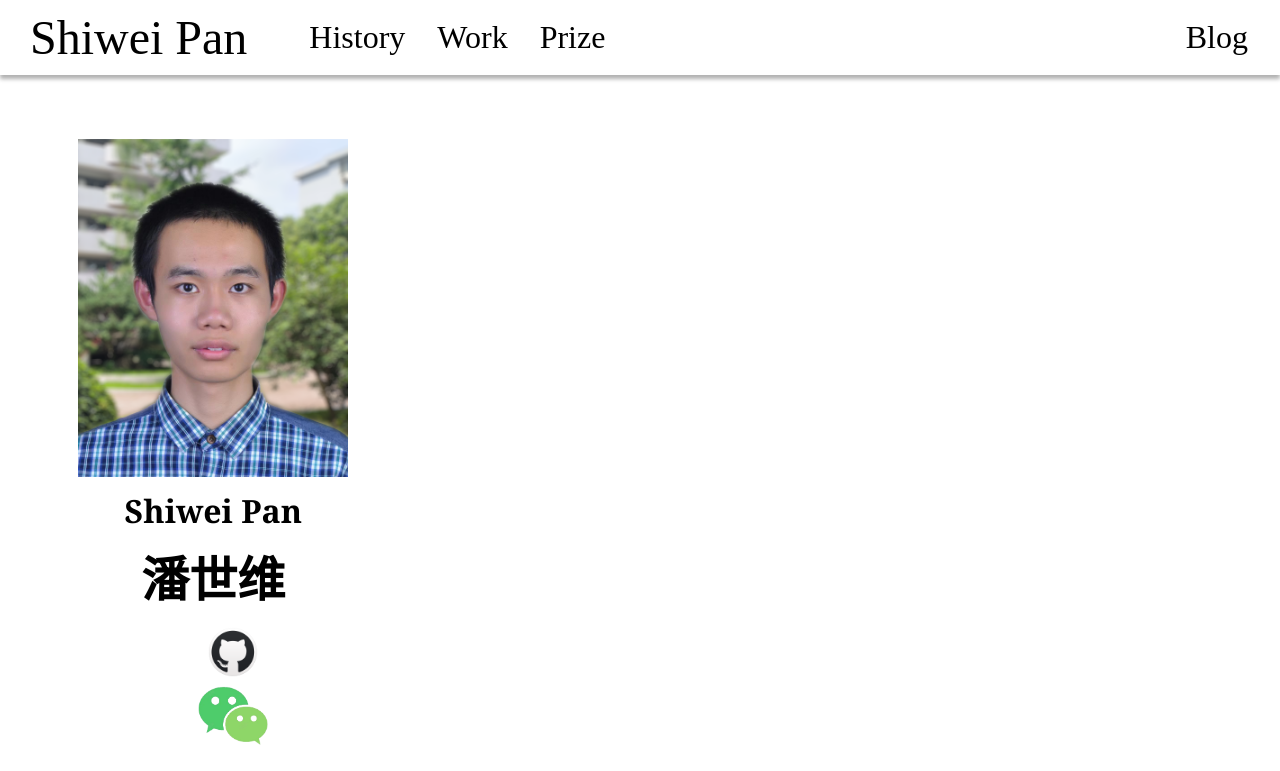
Repository: erikpsw/web
Page: new/psw.html
An editor plug-in stored every save of this project. The page is shown before and after the next save, followed by the edit.
The browser window is 1280 px wide. The pictures show the whole page.

Above is the page before, as saved 2022-06-16 22:46:23.

### new/psw.html
<!DOCTYPE html>
<html>
<head>
<meta charset="utf-8">
<title>Shiwei Pan</title>
<link rel="stylesheet" type="text/css" href="styles.css">
</head>
<body class="body">
<nav id="start_box">
    <a class="nav" id="title" href="">Shiwei Pan</a>
    <a class="nav" href="" >History</a>
    <a class="nav" href="">Work</a>
    <a class="nav" href="">Prize</a>
    <a class="nav" id="myblog" target="_blank" href="https://erikpsw.github.io/">Blog</a>
</nav>
<section>
    <div id="profile">
        <img src="\pic\mine.png" id="mine">
        <h2 id="intro">Shiwei Pan</h2>
        <h2 id="name">潘世维</h2>
    <ul class="network_icon">
        <li>
            <img src="\pic\github.png" id="github">
        </li>
        <li>
        <img src="\pic\wechat.png" id="wechat">
        </li>
    <ul>

    </div>
</section>
</body>
</html>

### new/styles.css
#start_box
{
    background-color: whit;
    display:flex;
    box-shadow: 0 0.25rem 0.25rem 0 rgb(0 0 0 / 31%);
}

#title{
    text-decoration: none;
    font-family:"Times New Roman",Georgia,Serif;
    font-style:inherit;
    padding:10px 30px 10px;
    color:black;
    font-size: 3em;
}

.nav{
    text-decoration: none;
    font-family:"Times New Roman",Georgia,Serif;
    padding-left:1em;
    color:black;
    display: inline-flex;
    align-items: center;
    font-size: 2em;
}

.body{
    margin: 0%;
}

#myblog{
    margin-left: auto;
    padding-right: 1em;
}

#mine{
    width: 270px;
    height: 337.5px;
    margin-top: 4em;
}

#profile{
    text-align: center;
    max-width: 33.333%;
}

#intro{
    font-family: Georgia,Serif;
    font-size: 2em;
    margin: 2%;
}

#name{
    font-family: STZhongsong;
    font-size: 3em;
    margin: 2%;
}

.network_icon{
    list-style: none;
}

#github{
    height: 50px;
}
#wechat{
    height: 70px;
}

After the next save:
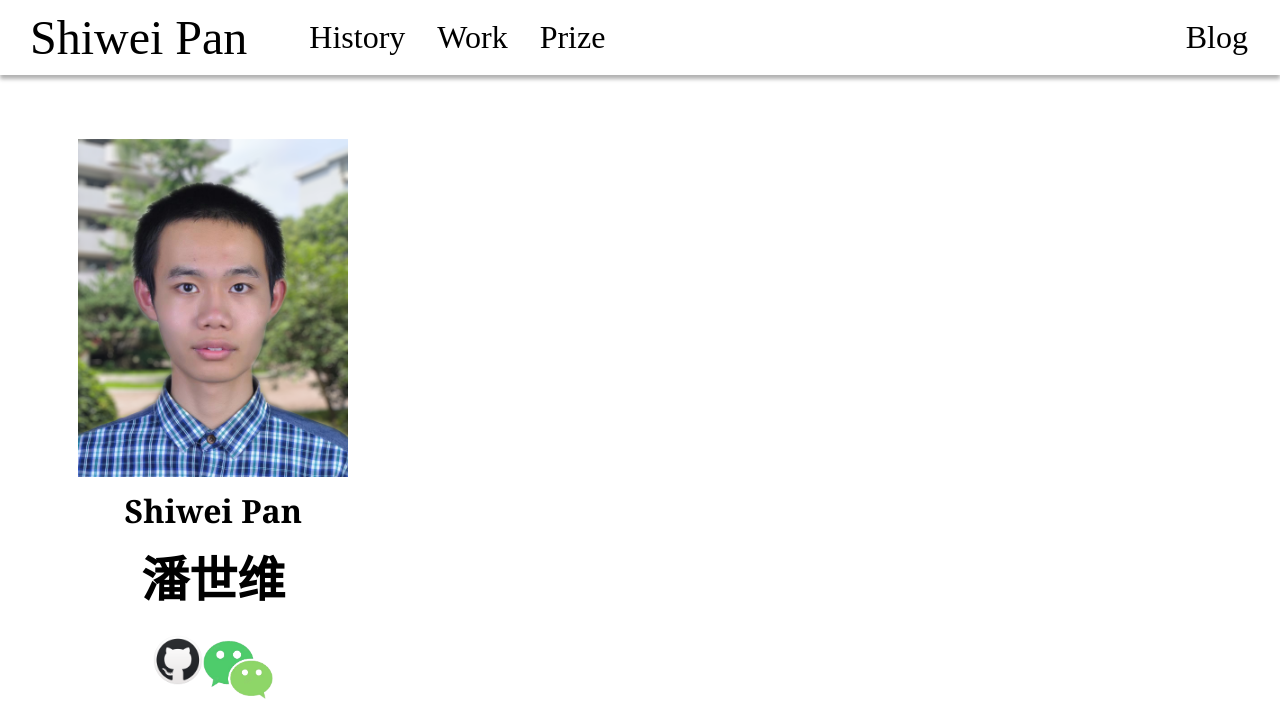
Saved 3 min 15 s later.
--- a/new/styles.css
+++ b/new/styles.css
@@ -58,6 +58,8 @@
 
 .network_icon{
     list-style: none;
+    display: inline-flex;
+    flex-direction: row;
 }
 
 #github{
